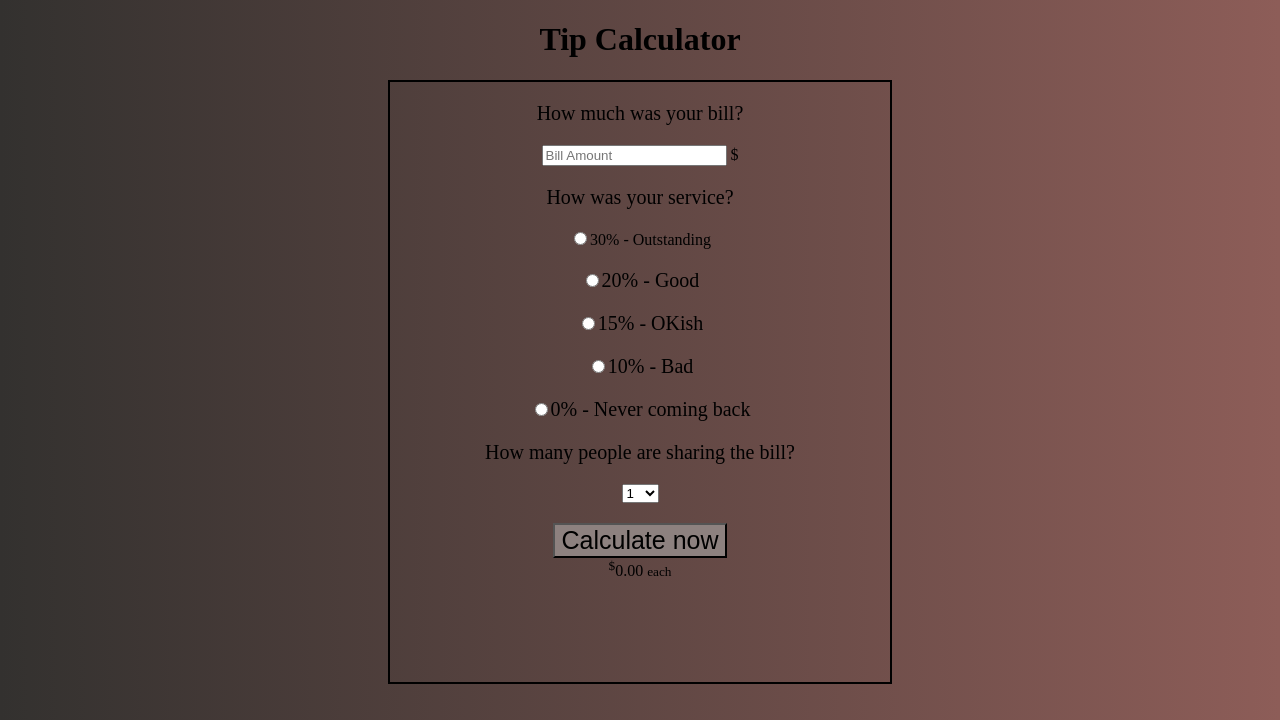
Repository: NiutaR/tip-calculator
Page: index.html
These files come from the project's save history. The page is drawn as it stood at one moment and after a run of saves; the edit follows.
The browser window is 1280 px wide. The pictures show the whole page.

Above is the page before, as saved 2021-07-28 17:48:23.

### index.html
<!DOCTYPE html>
<html lang="en">

<head>
    <meta charset="UTF-8">
    <meta http-equiv="X-UA-Compatible" content="IE=edge">
    <meta name="viewport" content="width=device-width, initial-scale=1.0">
    <link rel="stylesheet" href="style.css">
    <title>Tip Calculator</title>
</head>

<body>

    <!--<div id="container">
        <h1>Tip Calculator</h1>
        <div id="calculator">


            <form>
                <p>How much was your bill?
                <p>
                    $ <input id="billamt" type="text" placeholder="Bill Amount">

                <p>How was your service?
                <p>
                    <select id="serviceQual">
                        <option disabled selected value="0">-- Choose an Option --</option>
                        <option value="0.3">30&#37; &#45; Outstanding</option>
                        <option value="0.2">20&#37; &#45; Good</option>
                        <option value="0.15">15&#37; &#45; It was OK</option>
                        <option value="0.1">10&#37; &#45; Bad</option>
                        <option value="0.05">5&#37; &#45; Terrible</option>
                    </select>

            </form>
            <p>How many people are sharing the bill?</p>
            <input id="peopleamt" type="text" placeholder="Number of People"> people
            <button type="button" id="calculate">Calculate!</button>

        </div>-->




   <div id="calculator">
       <h1>Tip Calculator</h1>
            <form id="mainForm">
                <p>How much was your bill?</p>
                <input id="amount" type="text" placeholder="Bill Amount" value=""> $
                <p>How was your service?</p>
                <label><input name="service" type="radio" value="0.3">30&#37 - Outstanding</label>
                <p><input name="service" type="radio" value="0.2">20&#37 - Good</p>
                <p><input name="service" type="radio" value="0.15">15&#37 - OKish</p>
                <p><input name="service" type="radio" value="0.1">10&#37 - Bad</p>
                <p><input name="service" type="radio" value="0.05">0&#37 - Never coming back</p>
                <p>How many people are sharing the bill?</p>
                <select id="person">
                    <option value="1">1</option>
                    <option value="2">2</option>
                    <option value="3">3</option>
                    <option value="4">4</option>
                    <option value="5">5</option>
                    <option value="6">6</option>
                    <option value="7">7</option>
                    <option value="8">8</option>
                    <option value="9">9</option>
                    <option value="10">10</option>
                </select>
                <br>
                <button onclick="TotalBillAmount()" id="btn">Calculate now</button>


            <div id="totalTip">
                <sup>$</sup><span id="tip">0.00</span>
                <small id="each">each</small>
            </div>
        </form>
        </div>
    <script src="index.js"></script>
</body>

</html>

### style.css
body {
    background: coral;
    background: -webkit-linear-gradient(to left, #8d817f, #cecac5);
    /* Chrome 10-25, Safari 5.1-6 */
    background: linear-gradient(to left, #8d5d58, #33312f);
}

h1 {
    text-align: center;
}
#mainForm {
    text-align: center;
    border: 2px solid black;
    width: 500px;
    height: 600px;
    margin: 0 auto;
}
p {
    font-size: 20px;
}
button {
    font-size: 25px;
    margin-top: 20px;
    background-color: #8d817f;
    box-sizing: border-box;


}
button:before {
    content:'';
    position: absolute;
    top: 0;
    left: 0;
    width: 0;
    height: 42px;
    background: rgba(59, 21, 21, 0.3);
    border-radius: 5px;
    transition: all 2s ease;
}
button:hover:before {
	width: 100%;
}

### index.js
/*Your project should have a button Calculate that will return the Tip value for each person based on next calculation:
(TotalBillAmount * ServiceLevel)/NumberOfPersons  */

//const TotalBillAmount = document.getElementById('amount');

/*function ServiceLevel() {
    let radioBtn = document.getElementById('service');
    for(let i = 0; i < radioBtn.length; i++) {
        if(radioBtn[i].checked) {

        }
    }
}*/
//getting values fro radio buttons
/*const calculate = document.getElementById('btn');
document.btn.onclick = function() {
    let ServiceLevel = document.querySelector('input[name = service]:checked').value;
    totalTip.innerHTML = "Your bil" + ServiceLevel;
}*/


/*function NumberOfPersons() {
    let select = document.getElementById('person');
    let value = select.options[select.selectedIndex].value;
    console.log(value);
}

function calculate() {
    return (TotalBillAmount * ServiceLevel) / NumberOfPersons;
}
console.log(calculate());*/

function calculateTip() {
    let totalBillAmount = document.getElementById(amount);
    let serviceLevel = document.getElementById()
}

After the next 2 saves:
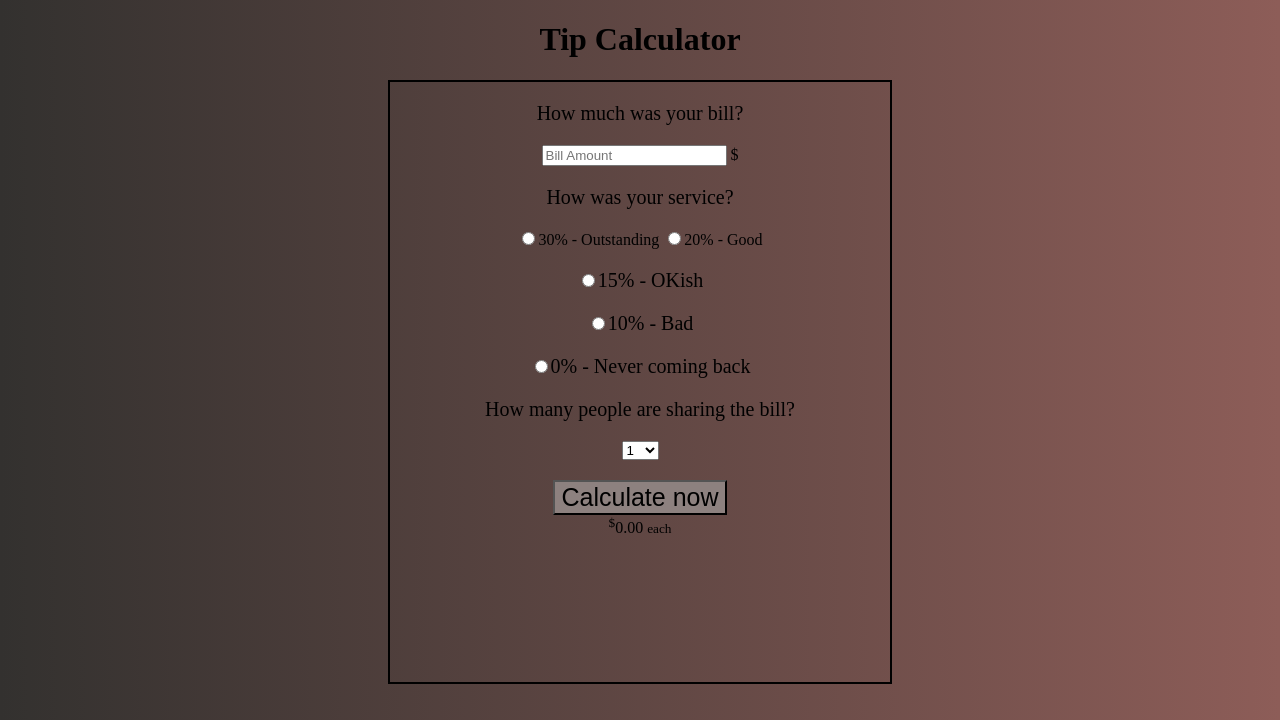
The 2 saves are shown as one change because they came seconds apart.
The last was saved 22 s later.
--- a/index.html
+++ b/index.html
@@ -49,7 +49,7 @@
                 <input id="amount" type="text" placeholder="Bill Amount" value=""> $
                 <p>How was your service?</p>
                 <label><input name="service" type="radio" value="0.3">30&#37 - Outstanding</label>
-                <p><input name="service" type="radio" value="0.2">20&#37 - Good</p>
+                <label><input name="service" type="radio" value="0.2">20&#37 - Good</label>
                 <p><input name="service" type="radio" value="0.15">15&#37 - OKish</p>
                 <p><input name="service" type="radio" value="0.1">10&#37 - Bad</p>
                 <p><input name="service" type="radio" value="0.05">0&#37 - Never coming back</p>
